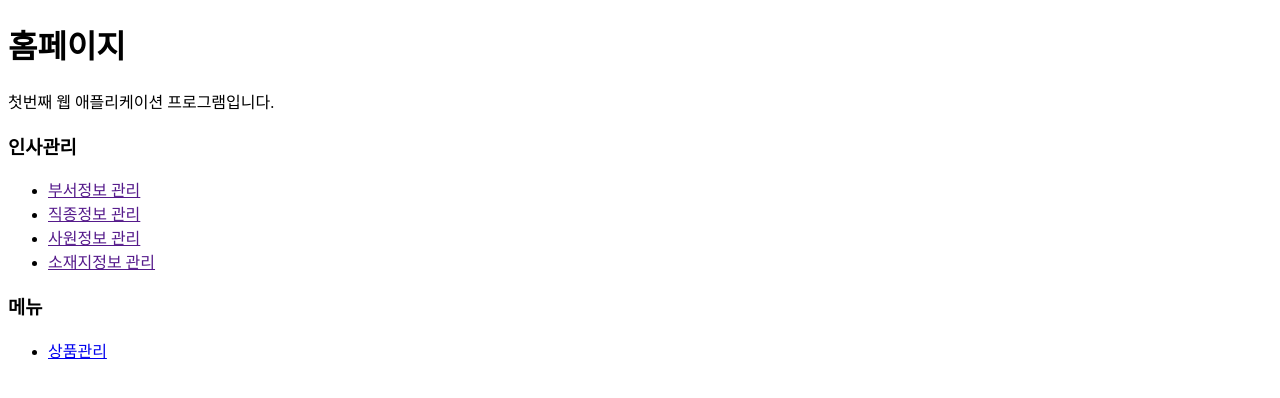
Repository: benpark0613/basic
Page: http://localhost/sample/home.jsp
The author's editor kept a copy of each file at every save. The page is drawn from the files as they stood at one save, then again after the next save.
The browser window is 1280 px wide. The pictures show the whole page.
The page is served by Tomcat 9.

Above is the page before, as saved 2021-11-10 02:35:50.

After the next save:
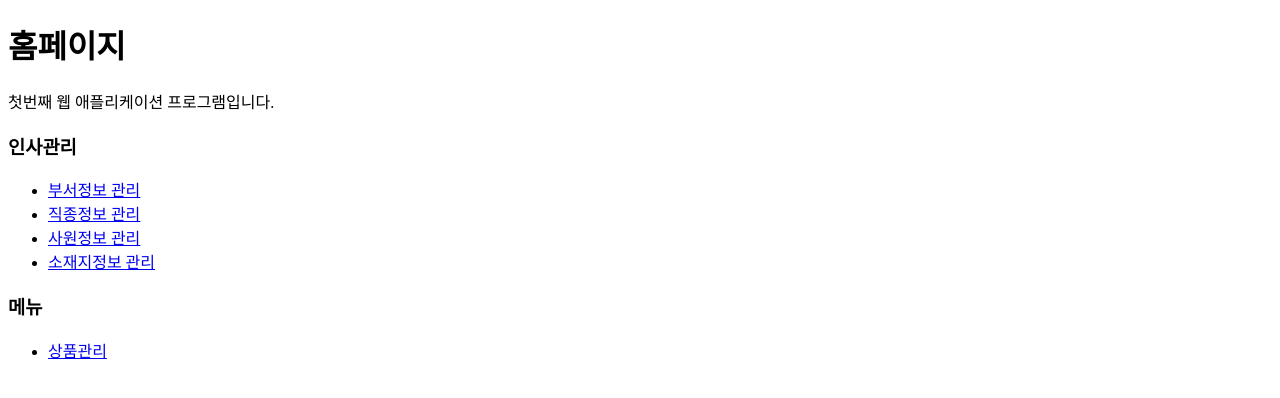
Saved 73 s later.
--- a/HR_app/sample/src/main/webapp/home.jsp
+++ b/HR_app/sample/src/main/webapp/home.jsp
@@ -12,10 +12,10 @@
 
 	<h3>인사관리</h3>
 	<ul>
-		<li><a href="">부서정보 관리</a></li>
-		<li><a href="">직종정보 관리</a></li>
-		<li><a href="">사원정보 관리</a></li>
-		<li><a href="">소재지정보 관리</a></li>
+		<li><a href="hr/main.jsp">부서정보 관리</a></li>
+		<li><a href="hr/main.jsp">직종정보 관리</a></li>
+		<li><a href="hr/main.jsp">사원정보 관리</a></li>
+		<li><a href="hr/main.jsp">소재지정보 관리</a></li>
 	</ul>
 
 	<h3>메뉴</h3>
